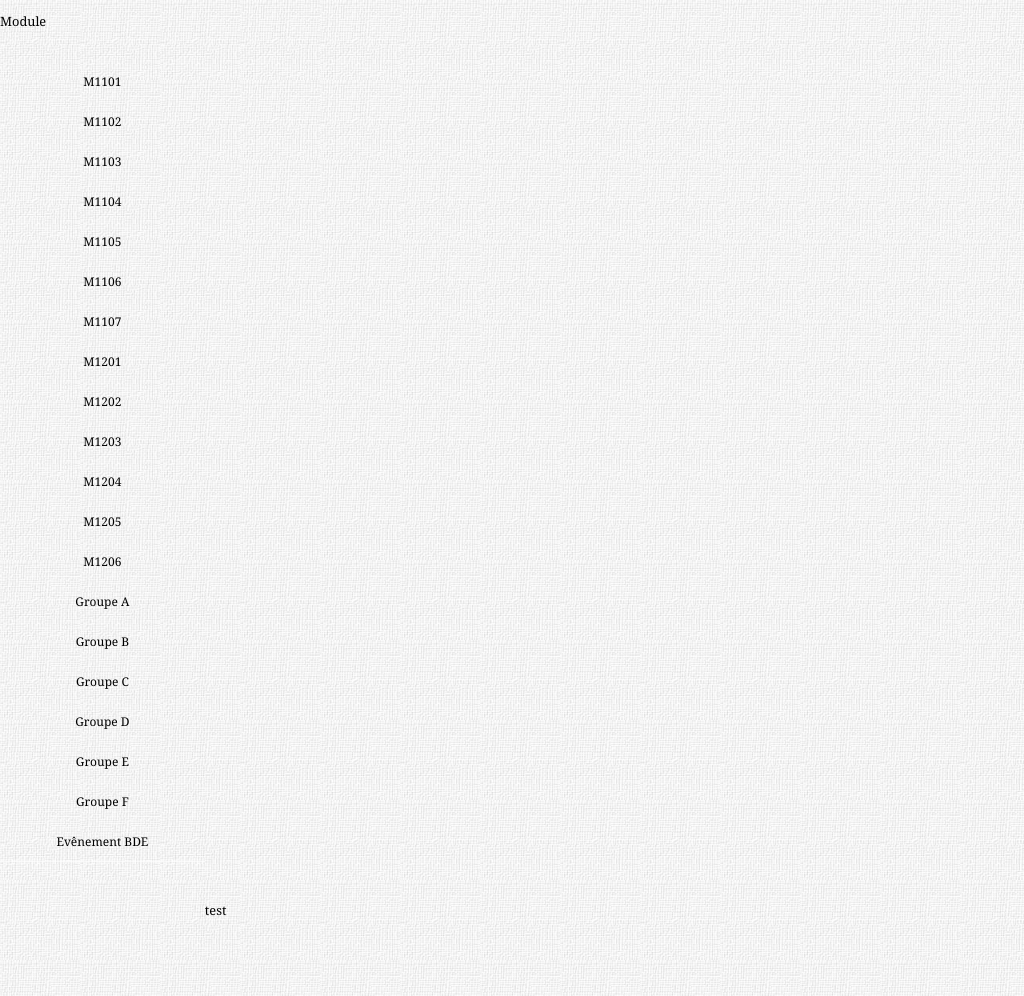
Repository: ValentinArg/PETUT
Page: http://localhost/PETUT/WEB-INF/jsp/eleve/semestre1.jsp
The author's editor kept a copy of each file at every save. The page is drawn from the files as they stood at one save, then again after the next save.
The browser window is 1280 px wide. The pictures show the whole page, at 80% of full size.
Some web libraries are served in a nearby version. The page is served by Tomcat 9. Nobody is signed in. Other server files are loaded and not shown. The template is opened directly, without the code that normally fills it, so the values that code supplies are empty.

Above is the page before, as saved 2016-10-02 11:06:53.

### PETUT/WebContent/WEB-INF/jsp/eleve/semestre1.jsp
<%@ page language="java" contentType="text/html; charset=ISO-8859-1"
    pageEncoding="ISO-8859-1"%>
<!DOCTYPE html PUBLIC "-//W3C//DTD HTML 4.01 Transitional//EN" "http://www.w3.org/TR/html4/loose.dtd">
<html>
<head>
<meta http-equiv="Content-Type" content="text/html; charset=ISO-8859-1">
<link rel ="stylesheet" href = "/PETUT/css/main.css"/>
<link rel ="stylesheet" href = "/PETUT/css/allSemestres.css"/>
<title>Insert title here</title>
</head>
<body>

	<jsp:include page="../enTete.jsp"/>
	<div class="navigation" id="navigation">
		<ul>
			<li class="parent" id="parent1"><p class="module">M1101</p></li>
			<li class="parent" id="parent2"><p class="module">M1102</p></li>
			<li class="parent" id="parent1"><p class="module">M1103</p></li>
			<li class="parent" id="parent2"><p class="module">M1104</p></li>
			<li class="parent" id="parent1"><p class="module">M1105</p></li>
			<li class="parent" id="parent2"><p class="module">M1106</p></li>
			<li class="parent" id="parent1"><p class="module">M1107</p></li>
			<li class="parent" id="parent2"><p class="module">M1201</p></li>
			<li class="parent" id="parent1"><p class="module">M1202</p></li>
			<li class="parent" id="parent2"><p class="module">M1203</p></li>
			<li class="parent" id="parent1"><p class="module">M1204</p></li>
			<li class="parent" id="parent2"><p class="module">M1205</p></li>
			<li class="parent" id="parent1"><p class="module">M1206</p></li>
			<li class="parent" id="parent1"><p class="module">Groupe A</p></li>
			<li class="parent" id="parent2"><p class="module">Groupe B</p></li>
			<li class="parent" id="parent1"><p class="module">Groupe C</p></li>
			<li class="parent" id="parent2"><p class="module">Groupe D</p></li>
			<li class="parent" id="parent1"><p class="module">Groupe E</p></li>
			<li class="parent" id="parent2"><p class="module">Groupe F</p></li>
			<li class="parent" id="parent1"><p class="module">Evênement BDE</p></li>

		</ul>

	</div>
	<div class="conteneurGeneral" id="conteneurGeneral">
		test
	</div>
	<script type="text/javascript">

		var haut = false
		function slideUp(){
			if(!haut){
				$('#navigation').animate({ top: "-=100%"}, 200 );
				if($('#navigation').is(':animated')){
					checkAnimate();
				}
				haut = true;
			}else{
				document.getElementById('conteneurGeneral').style.marginLeft="20%";
				document.getElementById('conteneurGeneral').style.width="80%";
				$('#navigation').animate({ top: "+=100%"}, 200 );
				haut = false;
			}
		}

		function checkAnimate() {
            if( $( '#navigation' ).is( ':animated' )) {
                setTimeout(function() {
                    checkAnimate();
                }, 0 );
            }else{
            	if(haut){
            		document.getElementById('conteneurGeneral').style.marginLeft="0%";
            		document.getElementById('conteneurGeneral').style.width="100%";
            	}
            }
        }

		$( '#boutonHautBas' ).click(function(){
			slideUp()});
	</script>
</body>
</html>

### PETUT/WebContent/WEB-INF/jsp/enTete.jsp
<%@ page language="java" contentType="text/html; charset=ISO-8859-1"
    pageEncoding="ISO-8859-1"%>
<!DOCTYPE html PUBLIC "-//W3C//DTD HTML 4.01 Transitional//EN" "http://www.w3.org/TR/html4/loose.dtd">
<html>
<head>
	<meta http-equiv="Content-Type" content="text/html; charset=ISO-8859-1">
	<title>Insert title here</title>
	<link rel ="stylesheet" href = "/PE2I/css/main.css"/>
	<script src="https://code.jquery.com/jquery-1.12.4.js"></script>
  	<script src="https://code.jquery.com/ui/1.12.1/jquery-ui.js"></script>

</head>
<body>
	<div class=enTete>
		<p class="boutonHautBas" id="boutonHautBas">Module</p>
		<ul class="nav" id="nav">
			<c:forEach var="forum" items="${listeForum}">
				<li class=" partie"><a class="forum" id="${forum.id}"><c:out value="${forum.nom}"/></a></li>
			</c:forEach>
			<!-- <li class="partie" id="banniere"><a>PETUT</a></li>-
			<li class=" partie"><a class="forum" id="1">Cours</a></li>
			<li class="partie"><a class="forum" id="2">Travaux Dirigées</a></li>
			<li class="partie"><a class="forum" id="3">Travaux Pratiques</a></li>
			<li class="partie"><a class="forum" id="4">Partiels</a></li>
			<li class="partie"><a>Mon Compte</a></li>-->
		</ul>
	</div>

</body>
</html>

### PETUT/WebContent/css/main.css
@CHARSET "ISO-8859-1";

@CHARSET "UTF-8";
/* Général ------------------------------------------------------------------------------------- */

html {
  height: 100%;
  box-sizing: border-box;
}

*,
*:before,
*:after {
  box-sizing: inherit;
}

body {
	background-image : url(../images/fond.jpg);
	position: relative;
 	margin: 0;
  padding-bottom: 6rem;
  min-height: 100%;
}

body,p,legend, label, input {
    font: normal 8pt;
    font-family:  Georgia, serif;
}

header img {
	width:470px;
	display:inline;
}
header .logoiut{
	height:135px;
	width:215px;
}
header{

	height:135px;
	margin-left:auto;
	margin-right:auto;
	background-image : url(../images/fondbanniere.jpg);
	width:85%;
	min-width:880px;
}
nav {
	width:85%;
	min-width:880px;
	margin-left:auto;
	margin-right:auto;
	text-align:left;

}
.general{
	width:85%;
	min-width:880px;
	margin-left:auto;
	margin-right:auto;
	background-image:url(../images/fondgeneral.jpg);
	padding-top:30px;
	padding-bottom:10px;
	min-height:69vh;
	margin-bottom:-24px;
}
footer {
	width:85%;
	min-width:880px;
	margin-left:auto;
	margin-right:auto;
	font-size:80%;
	position: absolute;
  	right: 0;
  	bottom: 0;
  	left: 0;
  	padding: 1rem;
  	margin-top:0;
	background-image:url(../images/fondgeneral.jpg);
}

### PETUT/WebContent/css/allSemestres.css
.parent{

	list-style:none;
	font-size:15px;
	cursor:pointer;
	width:100%;
	display:inline-block;

}

.navigation ul{
	width:100%;
	display:inline-block;

}




ul{
	margin:0;
	padding:0;
}

.ue {

	border-top:solid 1px white;
	display:block;
	padding:10px;
	text-align:center;
	background-color:#4CAF50;
	margin:0;
}

.ue:hover{
	color:white;
}

.module p{

	border:none;
	border-bottom:solid 1px white;
	display: block;
	padding:10px;
	text-align:center;
	background-color:#333;
	margin:0;


}

.module p:hover{
	color:white;
	cursor:pointer;
}

.semestres{
	background-color:#4CAF50;

}

a{
	cursor:pointer;
}





body{

	margin:0;
	padding:0;
}



.navigation{

	display:inline-block;
	list-style : none;
	margin:0;
	padding:0;
	position: relative;
	z-index:5;
	width:20%;
	border-bottom:solid 1px white;
	text-align:center;
	height:95.5%;
	max-height:95.3%;
	overflow: auto;


}

.conteneurGeneral{
	text-align:justify;
	display:inline-block;
	height:100%;
	position:relative;
	width: 80%;
	margin:0;
	margin-left:20%;
	padding:0;
	margin-top:50px;
	vertical-align:top;

}

.selection{
	display:block;
	vertical-align:top;
	list-style : none;
	margin:0;
	background: Grey;
	z-index:5;
	height:4.7%;
	border-bottom:solid 1px white;
	text-align: center;

}



.type {
	display: inline-block;
	padding:8px;
	font-size:20px;
	height:20px;
	vertical-align:top;
	width:20%;

}

.type p {
	margin:0;
	padding:0;
	color:white;
	cursor:pointer;
}

.type:hover{
	background:#333;

}

.tableauTopic{
	text-align: center;
	position:relative;
	display:block;

}

After the next save:
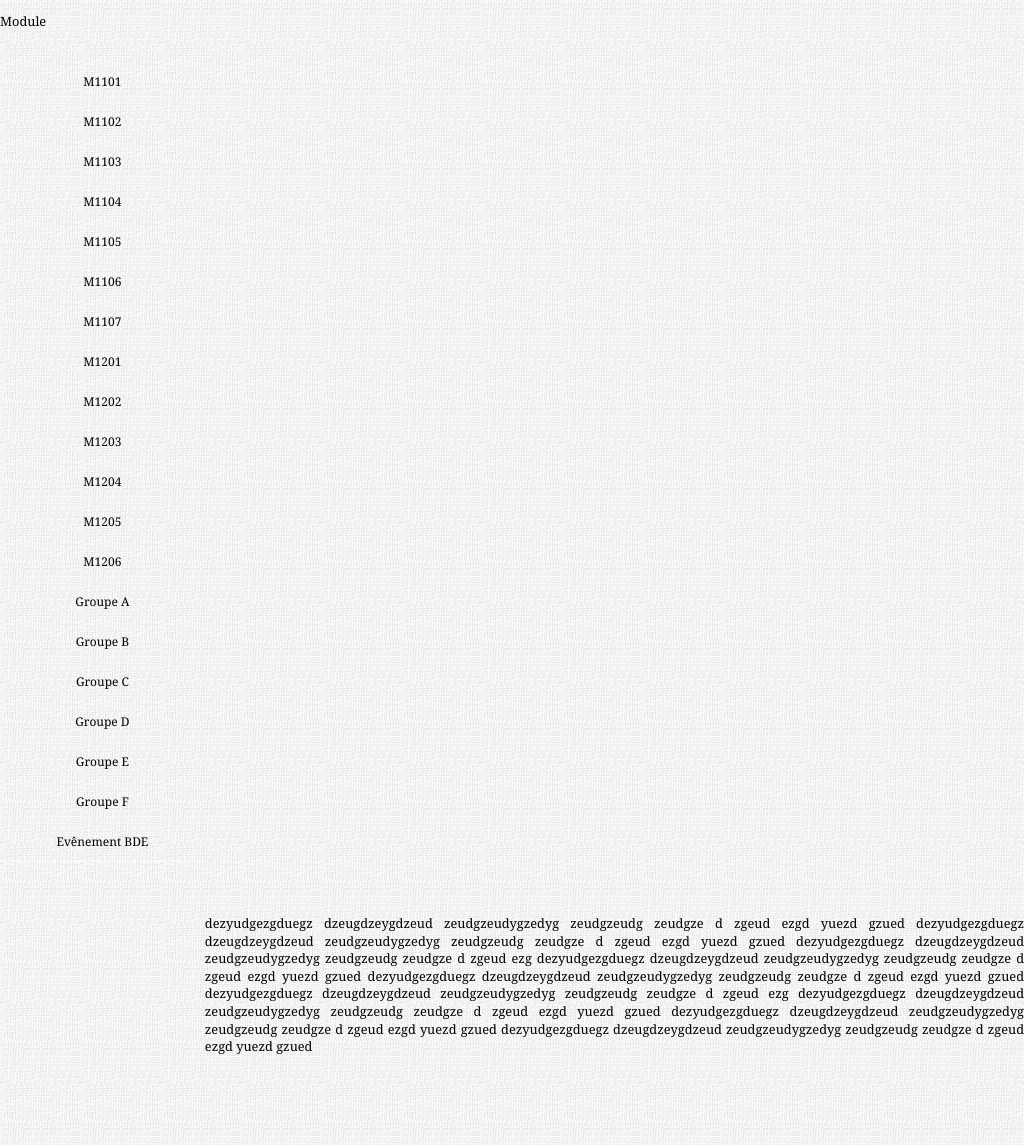
Saved 34 s later.
--- a/PETUT/WebContent/WEB-INF/jsp/eleve/semestre1.jsp
+++ b/PETUT/WebContent/WEB-INF/jsp/eleve/semestre1.jsp
@@ -38,7 +38,7 @@
 
 	</div>
 	<div class="conteneurGeneral" id="conteneurGeneral">
-		test
+		<p>  dezyudgezgduegz dzeugdzeygdzeud zeudgzeudygzedyg zeudgzeudg zeudgze d zgeud ezgd yuezd gzued dezyudgezgduegz dzeugdzeygdzeud zeudgzeudygzedyg zeudgzeudg zeudgze d zgeud ezgd yuezd gzued dezyudgezgduegz dzeugdzeygdzeud zeudgzeudygzedyg zeudgzeudg zeudgze d zgeud ezg dezyudgezgduegz dzeugdzeygdzeud zeudgzeudygzedyg zeudgzeudg zeudgze d zgeud ezgd yuezd gzued dezyudgezgduegz dzeugdzeygdzeud zeudgzeudygzedyg zeudgzeudg zeudgze d zgeud ezgd yuezd gzued dezyudgezgduegz dzeugdzeygdzeud zeudgzeudygzedyg zeudgzeudg zeudgze d zgeud ezg dezyudgezgduegz dzeugdzeygdzeud zeudgzeudygzedyg zeudgzeudg zeudgze d zgeud ezgd yuezd gzued dezyudgezgduegz dzeugdzeygdzeud zeudgzeudygzedyg zeudgzeudg zeudgze d zgeud ezgd yuezd gzued dezyudgezgduegz dzeugdzeygdzeud zeudgzeudygzedyg zeudgzeudg zeudgze d zgeud ezgd yuezd gzued</p>
 	</div>
 	<script type="text/javascript">
 
